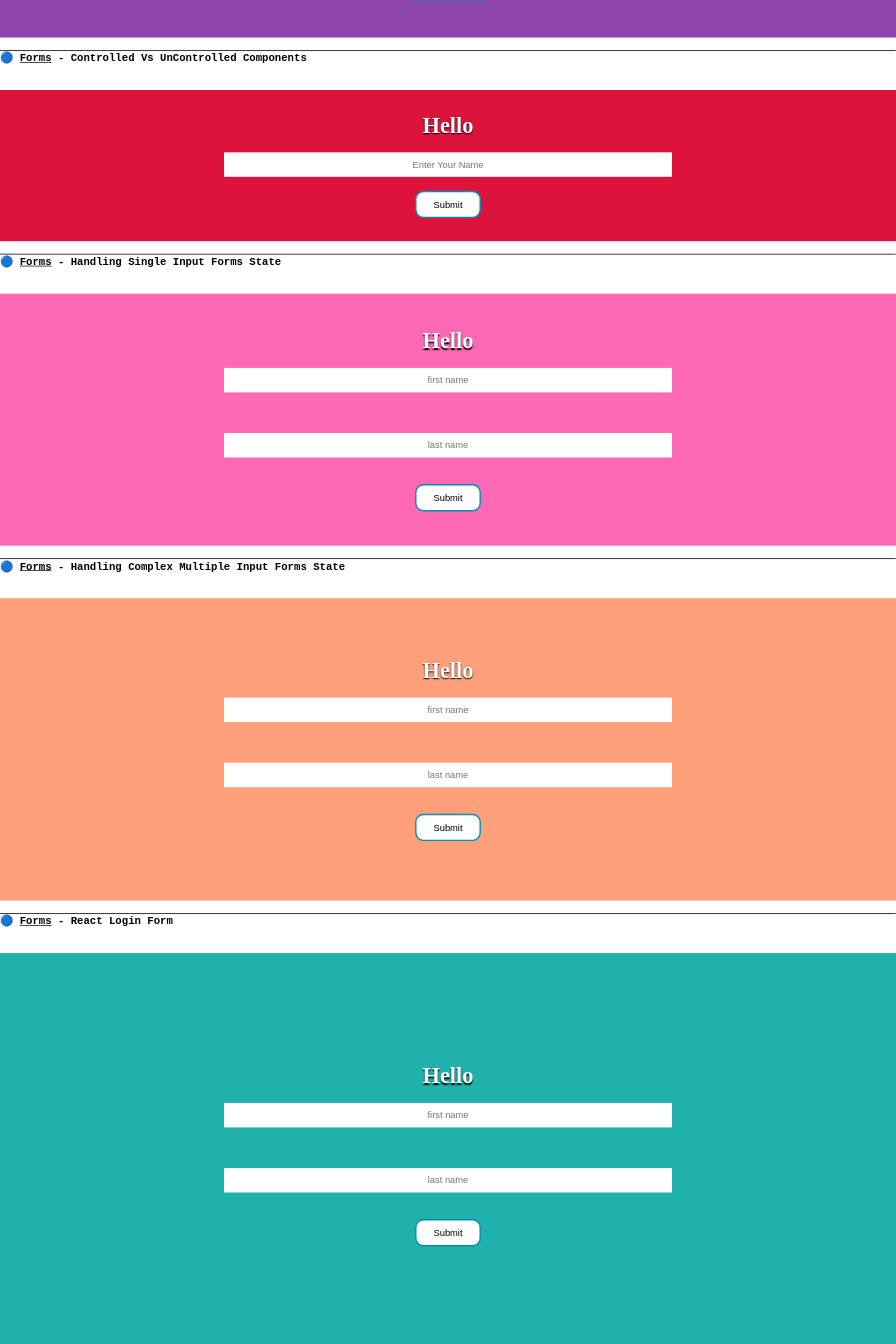
Repository: AalokJadhav/Being_ReactJS
Page: /
These files come from the project's save history. The page is drawn as it stood at one moment and after the next save; the edit follows.
The browser window is 1280 px wide. The pictures show the part of the page from y = 4201 to 6121 px (the page is 6121 px tall), at 70% of full size.
Some web fonts or font styles are not loaded; a fallback is used. The project was rebuilt for these pictures with package versions that can differ from the ones it lists, and the page was loaded fresh each time.

Above is the page before, as saved 2021-10-29 10:02:58.

After the next save:
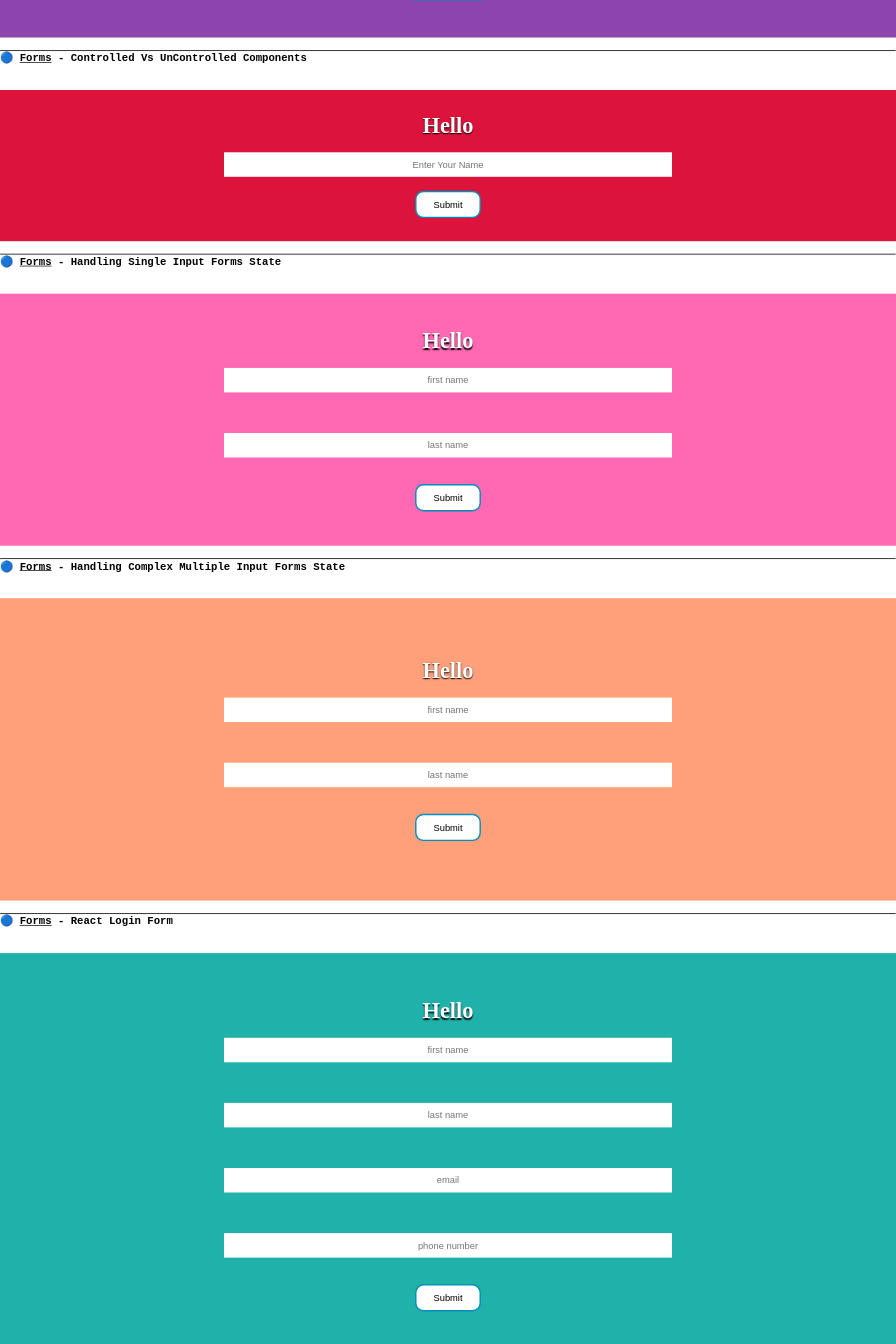
Saved 77 s later.
--- a/src/LoginForm.jsx
+++ b/src/LoginForm.jsx
@@ -52,6 +52,10 @@ const LoginForm = () => {
                     <br />
                     <input type="text" placeholder="last name" onChange={inputEvent} name="lName" value={FullName.lname}></input>
                     <br />
+                    <input type="text" placeholder="email" onChange={inputEvent} name="email" ></input>
+                    <br />
+                    <input type="text" placeholder="phone number" onChange={inputEvent} name="phone" ></input>
+                    <br />
                     <button className="btn" type="submit">Submit</button>
                 </div>
             </form>
